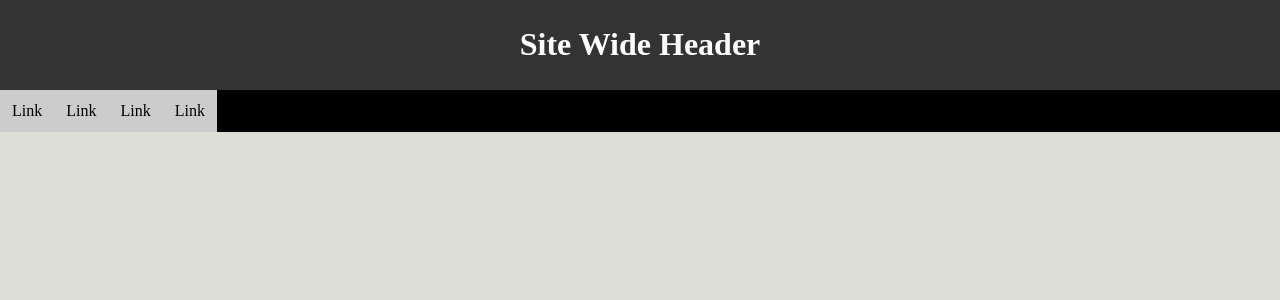
Repository: ayeza-baseer/AssignmentFlexbox
Page: assignment.html
An editor plug-in stored every save of this project. The page is shown before and after the next save, followed by the edit.
The browser window is 1280 px wide. The pictures show the whole page.

Above is the page before, as saved 2023-03-17 13:45:51.

After the next save:
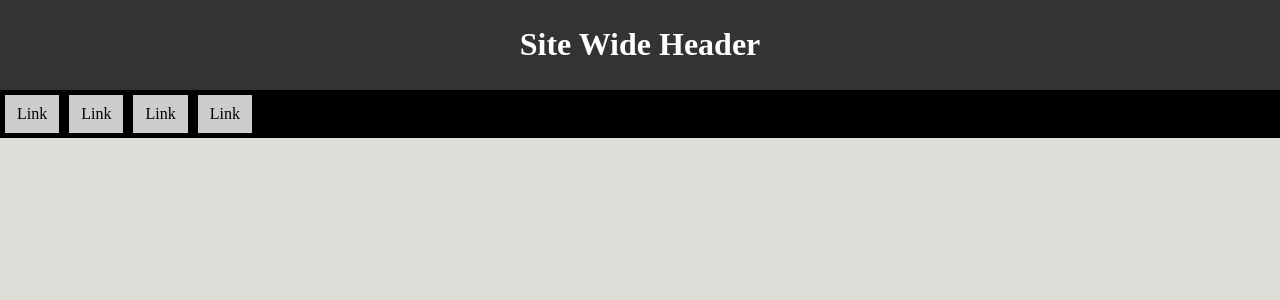
Saved 7 min 37 s later.
--- a/assignment.css
+++ b/assignment.css
@@ -20,9 +20,9 @@ body{
 
   .navbar a {
     color: black;
-
+    margin:5px;
     background-color: #ccc;
-    padding: 12px 12px;
+    padding: 10px 12px;
     text-decoration: none;
     text-align: center;
   }
